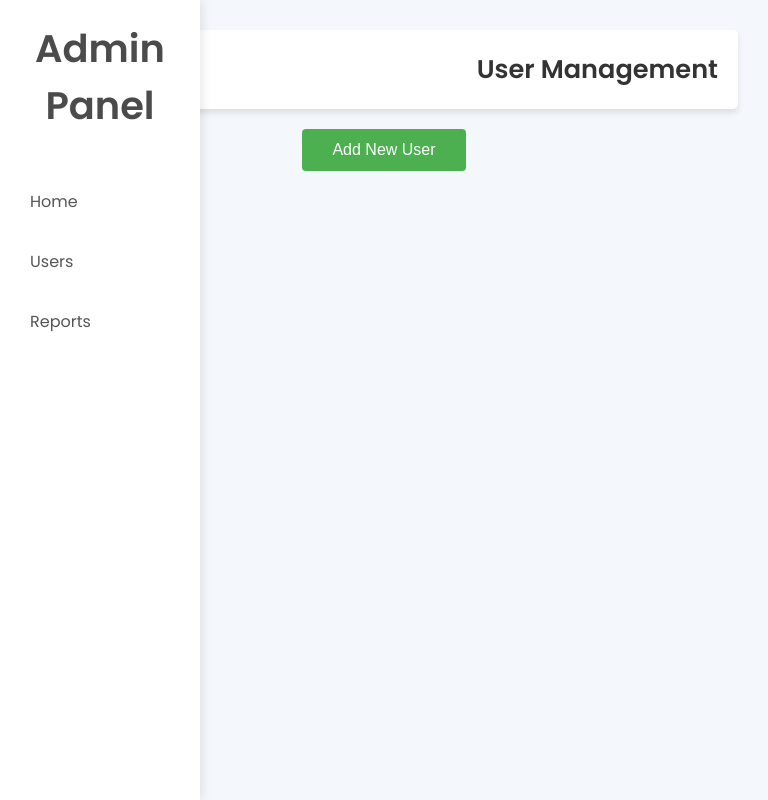
Repository: anazhtz/index
Page: index.html
The author's editor kept a copy of each file at every save. The page is drawn from the files as they stood at one save, then again after the next save.
The browser window is 768 px wide. The pictures show the whole page.

Above is the page before, as saved 2024-11-14 15:29:16.
Console error: TypeError: Cannot set properties of null (setting 'innerHTML')

### index.html
<!DOCTYPE html>
<html lang="en">
<head>
    <meta charset="UTF-8">
    <meta name="viewport" content="width=device-width, initial-scale=1.0">
    <meta http-equiv="X-UA-Compatible" content="ie=edge">
    <title>User Management - CRUD</title>
    <link href="https://fonts.googleapis.com/css2?family=Poppins:wght@300;400;500;600&display=swap" rel="stylesheet">
    <link rel="stylesheet" href="styles.css">
</head>
<body>
    <!-- Sidebar -->
    <div class="sidebar">
        <div class="sidebar-header">
            <h2>Admin Panel</h2>
        </div>
        <ul class="sidebar-links">
            <li><a href="#">Home</a></li>
            <li><a href="#">Users</a></li>
            <li><a href="#">Reports</a></li>
        </ul>
    </div>

    <!-- Main Content Area -->
    <div class="main-content">
        <!-- Top Bar -->
        <div class="top-bar">
            <div class="top-bar-left">
                <button class="menu-toggle" id="menuToggle">☰</button>
            </div>
            <div class="top-bar-right">
                <h2>User Management</h2>
            </div>
        </div>

        <!-- Content Section -->
        <div class="content">
            <div class="actions">
                <button class="btn add-btn" id="addBtn">Add New User</button>
            </div>

            <!-- Cards for users -->
            <div class="user-cards" id="userCards">
                <!-- User cards will be dynamically added here -->
            </div>
        </div>
    </div>

    <!-- User Form Modal -->
    <div class="modal" id="userModal">
        <div class="modal-content">
            <span class="close-btn" id="closeModal">&times;</span>
            <h2 id="modalTitle">Add New User</h2>
            <form id="userForm">
                <input type="hidden" id="userId">
                <input type="text" id="userName" placeholder="Full Name" required>
                <input type="text" id="userCompany" placeholder="Company Name" required>
                <input type="text" id="userDesignation" placeholder="Designation" required>
                <input type="email" id="userEmail" placeholder="Email Address" required>
                <input type="text" id="userPhone" placeholder="Phone Number" required>
                <input type="text" id="userLinkedin" placeholder="LinkedIn URL" required>
                <textarea id="userBio" placeholder="Short Bio" required></textarea>
                <button type="submit" class="btn">Save User</button>
            </form>
        </div>
    </div>

    <script src="script.js"></script>
</body>
</html>

### styles.css
/* General Reset */
* {
    margin: 0;
    padding: 0;
    box-sizing: border-box;
}

/* Body Styling */
body {
    font-family: 'Poppins', sans-serif;
    display: flex;
    height: 100vh;
    background-color: #f4f7fc;
    color: #333;
}

/* Sidebar Styling */
.sidebar {
    width: 240px;
    background-color: #ffffff;
    color: #333;
    padding: 20px;
    position: fixed;
    top: 0;
    bottom: 0;
    left: 0;
    display: flex;
    flex-direction: column;
    box-shadow: 2px 0 10px rgba(0, 0, 0, 0.1);
}

.sidebar-header {
    font-size: 1.6rem;
    font-weight: 600;
    margin-bottom: 30px;
    text-align: center;
    color: #4b4b4b;
}

.sidebar-links {
    list-style: none;
}

.sidebar-links li {
    margin: 15px 0;
}

.sidebar-links li a {
    color: #555;
    text-decoration: none;
    font-size: 1rem;
    display: block;
    padding: 10px;
    border-radius: 4px;
    transition: all 0.3s;
}

.sidebar-links li a:hover {
    background-color: #e2e6ea;
    padding-left: 15px;
}

/* Main Content Area */
.main-content {
    margin-left: 240px;
    width: 100%;
    padding: 30px;
    height: 100%;
    transition: margin-left 0.3s ease;
}

/* Top Bar */
.top-bar {
    display: flex;
    justify-content: space-between;
    background-color: #ffffff;
    color: #333;
    padding: 20px;
    border-radius: 5px;
    margin-bottom: 20px;
    box-shadow: 0px 4px 6px rgba(0, 0, 0, 0.1);
}

.top-bar-left .menu-toggle {
    font-size: 30px;
    background: none;
    border: none;
    color: #333;
    cursor: pointer;
}

.top-bar-right h2 {
    font-size: 1.6rem;
    font-weight: 600;
}

/* Content Section */
.actions {
    text-align: center;
    margin-bottom: 30px;
}

.actions .btn {
    background-color: #4caf50;
    border: none;
    color: white;
    padding: 12px 30px;
    border-radius: 4px;
    font-size: 1rem;
    cursor: pointer;
    transition: background-color 0.3s ease;
}

.actions .btn:hover {
    background-color: #45a049;
}

/* Table Styling */
.table-container {
    overflow-x: auto;
    margin-top: 20px;
}

table {
    width: 100%;
    border-collapse: collapse;
}

table th, table td {
    padding: 12px 20px;
    text-align: left;
    border: 1px solid #ddd;
}

table th {
    background-color: #f1f3f5;
    color: #4b4b4b;
    font-weight: 600;
}

table td {
    background-color: #ffffff;
    color: #333;
}

table tr:hover td {
    background-color: #f1f3f5;
}

table td a {
    color: #007bff;
    text-decoration: none;
}

table td a:hover {
    text-decoration: underline;
}

/* Modal Styling */
.modal {
    display: none;
    position: fixed;
    top: 0;
    left: 0;
    width: 100%;
    height: 100%;
    background: rgba(0, 0, 0, 0.5);
    justify-content: center;
    align-items: center;
    z-index: 1000;
}

.modal-content {
    background-color: #fff;
    padding: 40px;
    width: 500px;
    border-radius: 8px;
    box-shadow: 0 6px 20px rgba(0, 0, 0, 0.1);
}

.close-btn {
    font-size: 30px;
    color: #333;
    position: absolute;
    top: 20px;
    right: 20px;
    cursor: pointer;
}

/* Form Inputs and Textareas */
input[type="text"], input[type="email"], textarea {
    width: 100%;
    padding: 12px;
    margin-bottom: 20px;
    border: 1px solid #ddd;
    border-radius: 4px;
    font-size: 1rem;
}

textarea {
    resize: vertical;
}

/* Responsive Design */
@media (max-width: 768px) {
    .sidebar {
        width: 200px;
    }

    .main-content {
        margin-left: 0;
    }

    .top-bar-left .menu-toggle {
        font-size: 25px;
    }

    table {
        font-size: 14px;
    }
}

### script.js
let users = [];

// Modal and form elements
const userModal = document.getElementById("userModal");
const closeModal = document.getElementById("closeModal");
const userForm = document.getElementById("userForm");

// Add/Edit user fields
const userName = document.getElementById("userName");
const userCompany = document.getElementById("userCompany");
const userDesignation = document.getElementById("userDesignation");
const userEmail = document.getElementById("userEmail");
const userPhone = document.getElementById("userPhone");
const userLinkedin = document.getElementById("userLinkedin");
const userBio = document.getElementById("userBio");
const userId = document.getElementById("userId");
const modalTitle = document.getElementById("modalTitle");

const userTableBody = document.getElementById("userTableBody");
const addBtn = document.getElementById("addBtn");

// Open modal for adding a new user
addBtn.addEventListener("click", () => {
    userForm.reset();
    modalTitle.textContent = "Add New User";
    userModal.style.display = "flex";
});

// Close modal
closeModal.addEventListener("click", () => {
    userModal.style.display = "none";
});

// Save new user or edit an existing user
userForm.addEventListener("submit", (event) => {
    event.preventDefault();
    const user = {
        id: userId.value || Date.now().toString(),
        name: userName.value,
        company: userCompany.value,
        designation: userDesignation.value,
        email: userEmail.value,
        phone: userPhone.value,
        linkedin: userLinkedin.value,
        bio: userBio.value
    };

    if (userId.value) {
        const index = users.findIndex((u) => u.id === user.id);
        users[index] = user;
    } else {
        users.push(user);
    }

    renderUsers();
    userModal.style.display = "none";
});

// Render users in the table
function renderUsers() {
    userTableBody.innerHTML = "";
    users.forEach((user) => {
        const row = document.createElement('tr');
        row.innerHTML = `
            <td>${user.name}</td>
            <td>${user.company}</td>
            <td>${user.designation}</td>
            <td>${user.email}</td>
            <td>${user.phone}</td>
            <td><a href="${user.linkedin}" target="_blank">Profile</a></td>
            <td>${user.bio}</td>
            <td>
                <button class="btn edit-btn" onclick="editUser('${user.id}')">Edit</button>
                <button class="btn delete-btn" onclick="deleteUser('${user.id}')">Delete</button>
            </td>
        `;
        userTableBody.appendChild(row);
    });
}

// Edit user
function editUser(id) {
    const user = users.find((user) => user.id === id);
    userId.value = user.id;
    userName.value = user.name;
    userCompany.value = user.company;
    userDesignation.value = user.designation;
    userEmail.value = user.email;
    userPhone.value = user.phone;
    userLinkedin.value = user.linkedin;
    userBio.value = user.bio;
    modalTitle.textContent = "Edit User";
    userModal.style.display = "flex";
}

// Delete user
function deleteUser(id) {
    users = users.filter((user) => user.id !== id);
    renderUsers();
}

// Initial render
renderUsers();

After the next save:
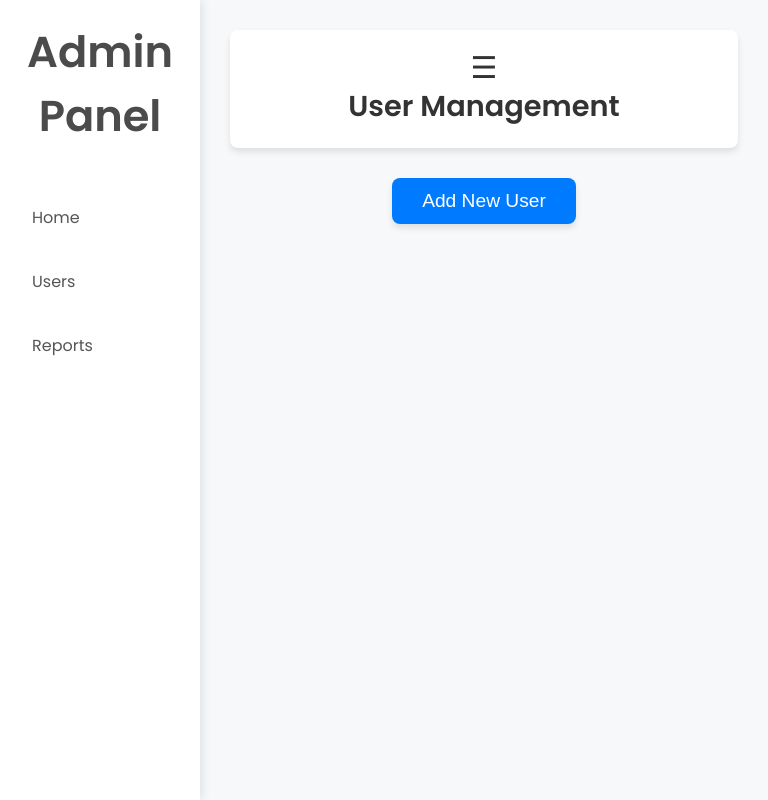
Saved 8 s later.
--- a/styles.css
+++ b/styles.css
@@ -10,7 +10,7 @@ body {
     font-family: 'Poppins', sans-serif;
     display: flex;
     height: 100vh;
-    background-color: #f4f7fc;
+    background-color: #f7f8fa;
     color: #333;
 }
 
@@ -27,10 +27,11 @@ body {
     display: flex;
     flex-direction: column;
     box-shadow: 2px 0 10px rgba(0, 0, 0, 0.1);
+    transition: 0.3s ease;
 }
 
 .sidebar-header {
-    font-size: 1.6rem;
+    font-size: 1.8rem;
     font-weight: 600;
     margin-bottom: 30px;
     text-align: center;
@@ -50,13 +51,13 @@ body {
     text-decoration: none;
     font-size: 1rem;
     display: block;
-    padding: 10px;
+    padding: 12px;
     border-radius: 4px;
     transition: all 0.3s;
 }
 
 .sidebar-links li a:hover {
-    background-color: #e2e6ea;
+    background-color: #f1f3f5;
     padding-left: 15px;
 }
 
@@ -76,8 +77,8 @@ body {
     background-color: #ffffff;
     color: #333;
     padding: 20px;
-    border-radius: 5px;
-    margin-bottom: 20px;
+    border-radius: 8px;
+    margin-bottom: 30px;
     box-shadow: 0px 4px 6px rgba(0, 0, 0, 0.1);
 }
 
@@ -90,7 +91,7 @@ body {
 }
 
 .top-bar-right h2 {
-    font-size: 1.6rem;
+    font-size: 1.8rem;
     font-weight: 600;
 }
 
@@ -101,59 +102,66 @@ body {
 }
 
 .actions .btn {
-    background-color: #4caf50;
+    background-color: #007bff;
     border: none;
     color: white;
     padding: 12px 30px;
-    border-radius: 4px;
-    font-size: 1rem;
+    border-radius: 8px;
+    font-size: 1.2rem;
     cursor: pointer;
     transition: background-color 0.3s ease;
+    box-shadow: 0px 4px 6px rgba(0, 0, 0, 0.1);
 }
 
 .actions .btn:hover {
-    background-color: #45a049;
-}
-
-/* Table Styling */
-.table-container {
-    overflow-x: auto;
+    background-color: #0056b3;
+}
+
+/* User Cards */
+.user-cards {
+    display: grid;
+    grid-template-columns: repeat(auto-fill, minmax(300px, 1fr));
+    gap: 20px;
     margin-top: 20px;
 }
 
-table {
-    width: 100%;
-    border-collapse: collapse;
-}
-
-table th, table td {
-    padding: 12px 20px;
-    text-align: left;
-    border: 1px solid #ddd;
-}
-
-table th {
-    background-color: #f1f3f5;
-    color: #4b4b4b;
-    font-weight: 600;
-}
-
-table td {
-    background-color: #ffffff;
-    color: #333;
-}
-
-table tr:hover td {
-    background-color: #f1f3f5;
-}
-
-table td a {
-    color: #007bff;
+.user-card {
+    background-color: #fff;
+    padding: 20px;
+    border-radius: 8px;
+    box-shadow: 0 4px 10px rgba(0, 0, 0, 0.1);
+    transition: transform 0.3s ease, box-shadow 0.3s ease;
+}
+
+.user-card:hover {
+    transform: translateY(-5px);
+    box-shadow: 0 8px 20px rgba(0, 0, 0, 0.2);
+}
+
+.user-card h3 {
+    font-size: 1.5rem;
+    margin-bottom: 15px;
+}
+
+.user-card p {
+    color: #777;
+    margin: 5px 0;
+}
+
+.user-card .btn {
+    background-color: #28a745;
+    color: #fff;
+    font-size: 1rem;
+    padding: 8px 15px;
+    border-radius: 5px;
     text-decoration: none;
-}
-
-table td a:hover {
-    text-decoration: underline;
+    margin-top: 10px;
+    display: inline-block;
+    transition: background-color 0.3s ease;
+}
+
+.user-card .btn:hover {
+    background-color: #218838;
 }
 
 /* Modal Styling */
@@ -195,10 +203,11 @@ input[type="text"], input[type="email"], textarea {
     border: 1px solid #ddd;
     border-radius: 4px;
     font-size: 1rem;
-}
-
-textarea {
-    resize: vertical;
+    transition: border-color 0.3s ease;
+}
+
+input[type="text"]:focus, input[type="email"]:focus, textarea:focus {
+    border-color: #007bff;
 }
 
 /* Responsive Design */
@@ -208,14 +217,15 @@ textarea {
     }
 
     .main-content {
-        margin-left: 0;
-    }
-
-    .top-bar-left .menu-toggle {
-        font-size: 25px;
-    }
-
-    table {
-        font-size: 14px;
-    }
-}
+        margin-left: 200px;
+    }
+
+    .top-bar {
+        flex-direction: column;
+        align-items: center;
+    }
+
+    .user-cards {
+        grid-template-columns: 1fr;
+    }
+}
